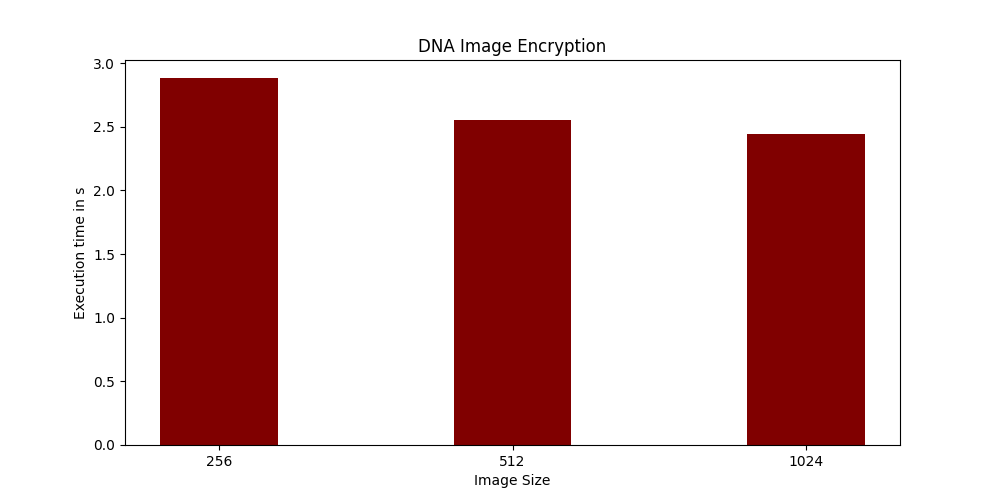
Repository: vishalsinghhh/DNA-cryptography-Project
Script's output: python DNA/Graphs.py
An editor plug-in stored every save of this project. The script's output is shown before and after the next save, followed by the edit.
Random numbers start from a fixed seed.

Above is the script's output before, as saved 2023-04-11 11:03:22.

### DNA/Graphs.py
import numpy as np
import matplotlib.pyplot as plt


# creating the dataset
data = {'256':2.88, '512':2.55, '1024':2.44}
courses = list(data.keys())
values = list(data.values())

fig = plt.figure(figsize = (10, 5))

# creating the bar plot
plt.bar(courses, values, color ='maroon',
        width = 0.4)

plt.xlabel("Image Size")
plt.ylabel("Execution time in s")
plt.title("DNA Image Encryption")
plt.show()

After the next save:
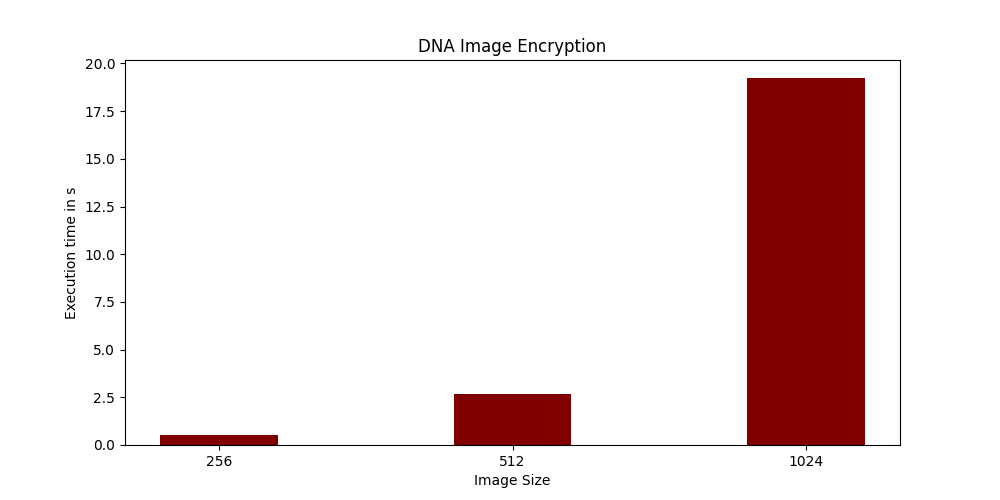
Saved 10 s later.
--- a/DNA/Graphs.py
+++ b/DNA/Graphs.py
@@ -3,7 +3,7 @@ import matplotlib.pyplot as plt
 
 
 # creating the dataset
-data = {'256':2.88, '512':2.55, '1024':2.44}
+data = {'256':0.55, '512':2.69, '1024':19.22}
 courses = list(data.keys())
 values = list(data.values())
 
